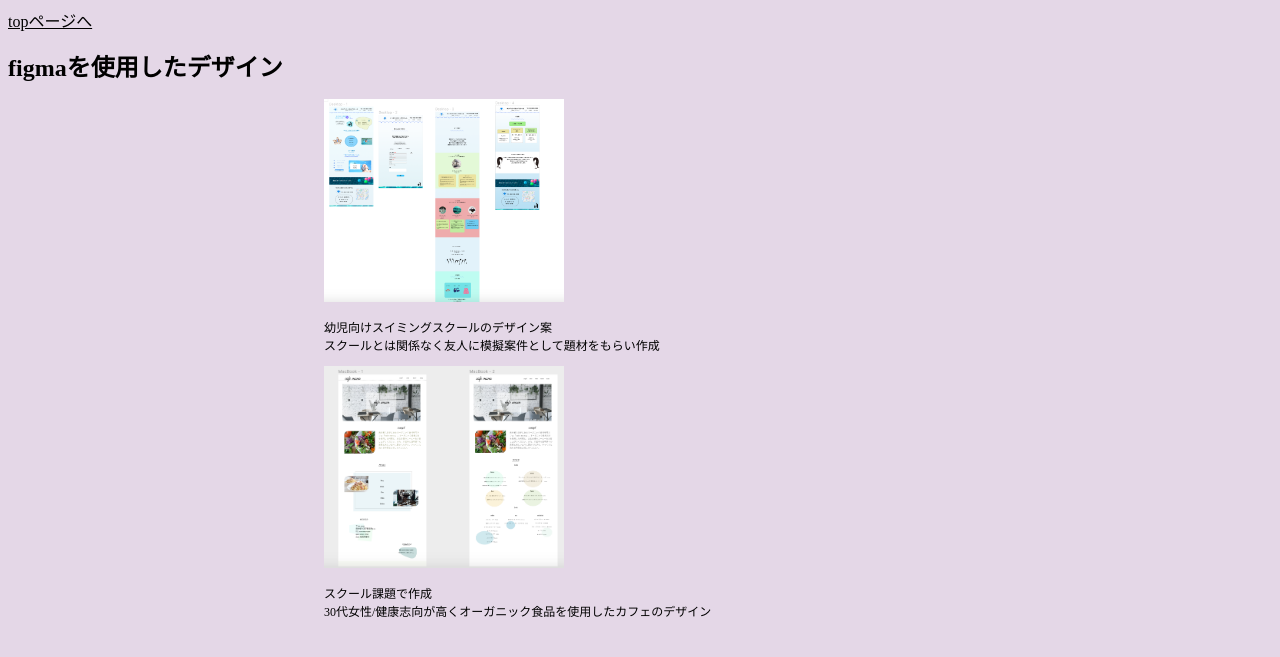
Repository: oninopantsu/onomann
Page: figma.html
An editor plug-in stored every save of this project. The page is shown before and after a run of saves, followed by the edit.
The browser window is 1280 px wide. The pictures show the whole page.

Above is the page before, as saved 2021-08-30 04:49:42.

### figma.html
<!DOCTYPE html>
<html lang="ja">
<head>
  <meta charset="UTF-8">
  <meta http-equiv="X-UA-Compatible" content="IE=edge">
  <meta name="viewport" content="width=device-width, initial-scale=1.0">
  <link rel="stylesheet" href="figma/styles.css">
  <title>figmaを使用したデザイン</title>
</head>
<body>
  <nav>
    <a href="index.html">topページへ
    </a>
  </nav>

  <main>

    <h1>figmaを使用したデザイン</h1>

    <div class="items">

  <a href="https://zealous-golick-c272d6.netlify.app/" target="_blank" rel="noopener noreferrer"></a>
      <a href="https://www.figma.com/file/XY01fwkQDAkL8OazeEc67t/Untitled?node-id=0%3A1"><img src="img/スイミングスクールデザイン.png" alt=""></a>
      <p>幼児向けスイミングスクールのデザイン案
        <br>スクールとは関係なく友人に模擬案件として題材をもらい作成
      </p>

      <a href="https://www.figma.com/file/KXfvIzwfq0REqEZ7dxTu8g/cafe-mona-p?node-id=0%3A1"><img src="img/カフェサイトデザイン.png" alt=""></a>
      <p>スクール課題で作成
        <br>30代女性/健康志向が高くオーガニック食品を使用したカフェのデザイン
      </p>

    </div>
  </main>

</body>
</html>

### figma/styles.css
body {
 background-color: #e4d7e7;

}
main {
  width: 100%;
}

h1 {
  font-size: 24px;
}
nav a {
  color: black;
}

.items {
  width: 50%;
  margin: 0 auto;

}

img {
  width: 240px;
}

p {
  font-size: 12px;
}

After the next 3 saves:
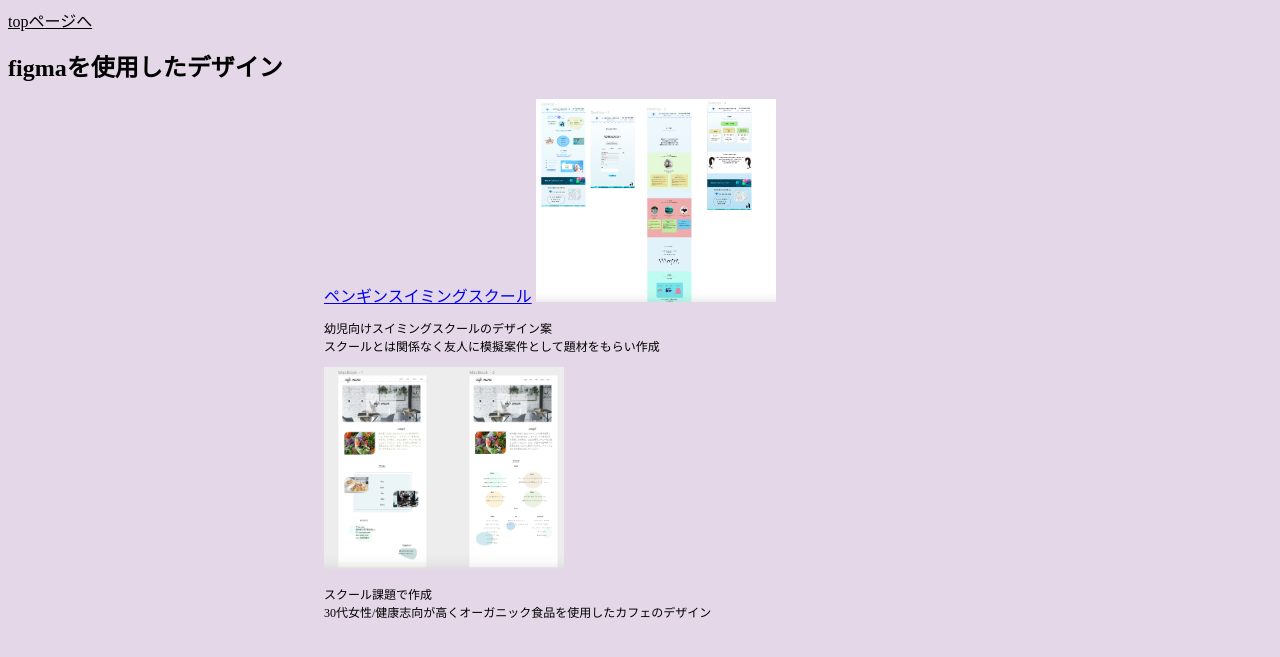
The 3 saves are shown as one change because they came seconds apart.
The last was saved 43 s later.
--- a/figma.html
+++ b/figma.html
@@ -19,7 +19,7 @@
 
     <div class="items">
 
-  <a href="https://zealous-golick-c272d6.netlify.app/" target="_blank" rel="noopener noreferrer"></a>
+  <a href="https://zealous-golick-c272d6.netlify.app/" target="_blank" rel="noopener noreferrer">ペンギンスイミングスクール</a>
       <a href="https://www.figma.com/file/XY01fwkQDAkL8OazeEc67t/Untitled?node-id=0%3A1"><img src="img/スイミングスクールデザイン.png" alt=""></a>
       <p>幼児向けスイミングスクールのデザイン案
         <br>スクールとは関係なく友人に模擬案件として題材をもらい作成
